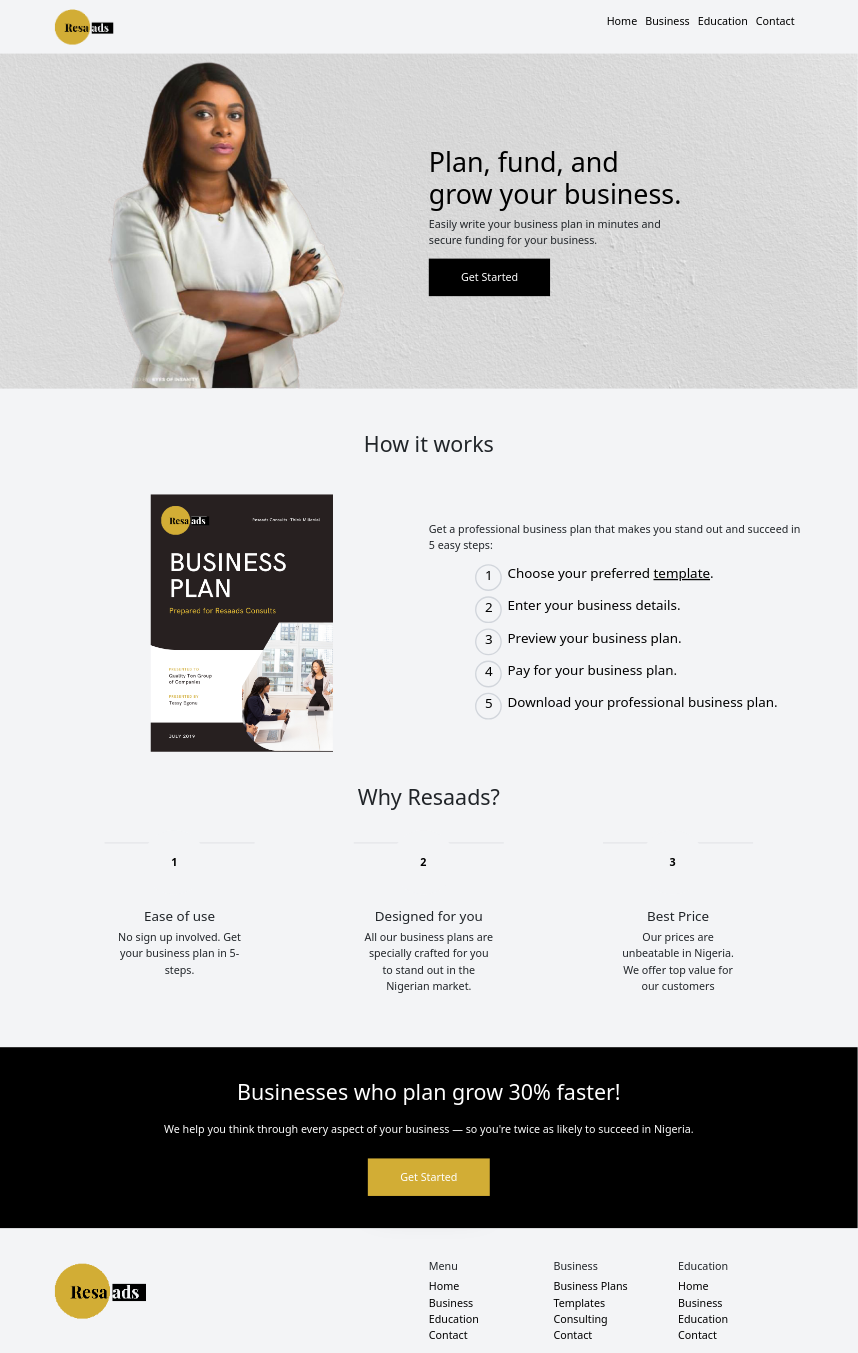
Repository: latenightsnacc/resaads-consults
Page: index.html
The author's editor kept a copy of each file at every save. The page is drawn from the files as they stood at one save, then again after the next save.
The browser window is 1280 px wide. The pictures show the whole page, at 67% of full size.
Some web libraries are served in a nearby version.

Above is the page before, as saved 2021-08-05 13:52:08.

### index.html
<!DOCTYPE html>
<html lang="en">
<head>
    <meta charset="UTF-8">
    <meta http-equiv="X-UA-Compatible" content="IE=edge">
    <meta name="viewport" content="width=device-width, initial-scale=1.0">
    <!--Tailwind Css-->
    <link href="https://unpkg.com/tailwindcss@^2/dist/tailwind.min.css" rel="stylesheet">
    <!--Bootstrap CSS-->
    <link href="https://cdn.jsdelivr.net/npm/bootstrap@5.0.0-beta3/dist/css/bootstrap.min.css" rel="stylesheet" integrity="sha384-eOJMYsd53ii+scO/bJGFsiCZc+5NDVN2yr8+0RDqr0Ql0h+rP48ckxlpbzKgwra6" crossorigin="anonymous">
    <!--Font Awesome 5 CDN-->
    <link href="https://cdnjs.cloudflare.com/ajax/libs/font-awesome/5.13.0/css/all.min.css" rel="stylesheet">
    <!--Material Icons-->
    <link href="https://fonts.googleapis.com/css?family=Material+Icons|Material+Icons+Outlined|Material+Icons+Two+Tone|Material+Icons+Round|Material+Icons+Sharp" rel="stylesheet">
    <!--Google Font-->
    <link rel="preconnect" href="https://fonts.gstatic.com">
    <link href="https://fonts.googleapis.com/css2?family=Archivo:wght@400;700&display=swap" rel="stylesheet">
    <!--Page Title-->
    <title>Resaads Consults</title>

    <style>
        .primary-bg {
            background-color: #d2ad35 ;
        }
        a.primary:hover {
            color: #d2ad35;
            font-weight: 500;
        }
        .border-yellow-800 {
            border-color: #d2ad35 !important;
        }
        #banner {
            background-image: url('assets/images/pexels-lorenzo-242236.jpg');
            background-size: cover;
        }

    </style>
</head>
<body class="bg-gray-100">
    <header class="container">
        <nav class="flex flex-row h-20 w-full justify-between items-center">
            <a href="index.html" class="w-24">
                <img src="assets/logos/Logo-150px-removebg-preview.png" alt="" class="w-full">
            </a>
            <ul class="flex flex-row">
                <li class="mr-3">
                    <a href="index.html" class="text-black no-underline primary">Home</a>
                </li>
                <li class="mr-3">
                    <a href="" class=" text-black no-underline primary">Business</a>
                </li>
                <li class="mr-3">
                    <a href="" class=" text-black no-underline primary">Education</a>
                </li>
                <li class="mr-3">
                    <a href="" class="text-black no-underline primary">Contact</a>
                </li>
            </ul>
        </nav>
    </header>
    <main>
        <section id="banner">
            <div class="container">
                <div class="flex flex-col md:flex-row">
                    <div class="w-full md:w-1/2">
                        <img src="assets/images/Front-Banner-removebg-preview.png" alt="">
                    </div>
                    <div class="w-full md:w-1/2 flex flex-col justify-center items-center md:items-start">
                        <h1 class="text-black fontbold">
                            Plan, fund, and
                            <br/><span>grow your business.</span>
                        </h1>
                        <p>Easily write your business plan in minutes and <br/>secure funding for your business. </p>
                        <a href="#" class="no-underline hover:no-underline">
                            <button class="bg-black text-white py-3 px-5">Get Started</button>
                        </a>
                    </div>
                </div>
            </div>
        </section>
        <!--Spacer-->
        <div class="my-5"></div>
        <section id="how-it-works">
            <div class="container">
                <h2 class="text-center pt-3 pb-5">How it works</h2>
                <div class="flex flex-col md:flex-row">
                    <div class="w-full md:w-1/2">
                        <div class="flex justify-center h-96">
                            <img class="h-full" src="assets/images/Resaads Business Plan Cover.png" alt="">
                        </div>

                    </div>
                    <div class="w-full md:w-1/2 ">
                        <div class="flex h-full flex-col items-center justify-center">
                            <p class="my-3">Get a professional business plan that makes you stand out and succeed in 5 easy steps:</p>
                            <ol class="text-normal md:text-xl">
                                <li class="mb-2 text-black flex flex-row group">
                                    <span class="d-block w-10 h-10 border-gray-300 border-2 rounded-full text-center pb-3 mr-2 group-hover:border-yellow-800">1</span><span>Choose your preferred <a href="#" class="text-black primary">template</a>.</span>
                                </li>
                                <li class="mb-2 text-black flex flex-row group">
                                    <span class="d-block w-10 h-10 border-gray-300 border-2 rounded-full text-center pb-3 mr-2 group-hover:border-yellow-800">2</span><span>Enter your business details.</span>
                                </li>
                                <li class="mb-2 text-black flex flex-row group">
                                    <span class="d-block w-10 h-10 border-gray-300 border-2 rounded-full text-center pb-3 mr-2 group-hover:border-yellow-800">3</span><span>Preview your business plan.</span>
                                </li>
                                <li class="mb-2 text-black flex flex-row group">
                                    <span class="d-block w-10 h-10 border-gray-300 border-2 rounded-full text-center pb-3 mr-2 group-hover:border-yellow-800">4</span><span>Pay for your business plan.</span>
                                </li>
                                <li class="mb-2 text-black flex flex-row group">
                                    <span class="d-block w-10 h-10 border-gray-300 border-2 rounded-full text-center pb-3 mr-2 group-hover:border-yellow-800">5</span><span>Download your professional business plan.</span>
                                </li>

                            </ol>
                        </div>
                    </div>
                </div>
            </div>
        </section>
        <!--Spacer-->
        <div class="my-5"></div>
        <section id="why-resaads">
            <div class="container">
                <h2 class="text-center mb-5">Why Resaads?</h2>
                <div class="flex flex-row w-full ">
                    <div class="w-1/3 flex flex-col items-center">
                        <div class="relative w-56  hover:shadow-2xl border-t-2 border-t-gray-300 p-3">
                            <div class="absolute left-14 -top-5">
                                <div class="flex flex-row justify-center items-center bg-gray-100 rounded-full w-24 h-24">
                                    <div class="text-black font-black">1</div>
                                </div>
                            </div>
                            <div class="text-center">
                                <h5 class="mt-20">Ease of use</h5>
                                <p>No sign up involved. Get your business plan in 5-steps.</p>
                            </div>
                        </div>
                    </div>
                    <div class="w-1/3 flex flex-col items-center">
                        <div class="relative w-56  hover:shadow-2xl border-t-2 border-t-gray-300 p-3">
                            <div class="absolute left-14 -top-5">
                                <div class="flex flex-row justify-center items-center bg-gray-100 rounded-full w-24 h-24">
                                    <div class="text-black font-black">2</div>
                                </div>
                            </div>
                            <div class="text-center">
                                <h5 class="mt-20">Designed for you</h5>
                                <p>All our business plans are specially crafted for you to stand out in the Nigerian market.</p>
                            </div>
                        </div>
                    </div>
                    <div class="w-1/3 flex flex-col items-center">
                        <div class="relative w-56  hover:shadow-2xl border-t-2 border-t-gray-300 p-3">
                            <div class="absolute left-14 -top-5">
                                <div class="flex flex-row justify-center items-center bg-gray-100 rounded-full w-24 h-24">
                                    <div class="text-black font-black">3</div>
                                </div>
                            </div>
                            <div class="text-center">
                                <h5 class="mt-20">Best Price</h5>
                                <p>Our prices are unbeatable in Nigeria. We offer top value for our customers</p>
                            </div>
                        </div>
                    </div>
                </div>
            </div>
        </section>
        <!--Spacer-->
        <div class="my-5"></div>
        <section class="bg-black text-white py-5">
            <div class="container">
                <h2 class="text-center">Businesses who plan grow 30% faster!</h2>
                <div class="flex flex-col items-center">
                    <p class="text-center py-3">We help you think through every aspect of your business — so you're twice as likely to succeed in Nigeria.</p>
                    <a href="#" class="">
                        <button class="primary-bg text-white py-3 px-5 shadow-2xl">Get Started</button>
                    </a>
                </div>
            </div>
        </section>
    </main>
    <!--Spacer-->
    <div class="my-5"></div>
    <footer>
        <div class="container">
            <div class="flex flex-row items-start">
                <div class="w-1/2">
                    <a href="index.html" class="w-24">
                        <img src="assets/logos/Logo-150px-removebg-preview.png" alt="" class="" data-title="Photo by Kampus Production from Pexels">
                    </a>
                </div>
                <div class="w-1/2">
                    <div class="flex flex-row">
                        <div class="w-1/3">
                            <h6>Menu</h6>
                            <ul class="flex flex-col justify-start pl-0">
                                <li>
                                    <a href="index.html" class="text-black no-underline primary">Home</a>
                                </li>
                                <li>
                                    <a href="index.html" class="text-black no-underline primary">Business</a>
                                </li>
                                <li>
                                    <a href="index.html" class="text-black no-underline primary">Education</a>
                                </li>
                                <li>
                                    <a href="index.html" class="text-black no-underline primary">Contact</a>
                                </li>
                            </ul>
                        </div>
                        <div class="w-1/3">
                            <h6>Business</h6>
                            <ul class="flex flex-col justify-start pl-0">
                                <li>
                                    <a href="index.html" class="text-black no-underline primary">Business Plans</a>
                                </li>
                                <li>
                                    <a href="index.html" class="text-black no-underline primary">Templates</a>
                                </li>
                                <li>
                                    <a href="index.html" class="text-black no-underline primary">Consulting</a>
                                </li>
                                <li>
                                    <a href="index.html" class="text-black no-underline primary">Contact</a>
                                </li>
                            </ul>
                        </div>
                        <div class="w-1/3">
                            <h6>Education</h6>
                            <ul class="flex flex-col justify-start pl-0">
                                <li>
                                    <a href="index.html" class="text-black no-underline primary">Home</a>
                                </li>
                                <li>
                                    <a href="index.html" class="text-black no-underline primary">Business</a>
                                </li>
                                <li>
                                    <a href="index.html" class="text-black no-underline primary">Education</a>
                                </li>
                                <li>
                                    <a href="index.html" class="text-black no-underline primary">Contact</a>
                                </li>
                            </ul>
                        </div>
                    </div>
                </div>
            </div>
        </div>
    </footer>
</body>
</html>

After the next save:
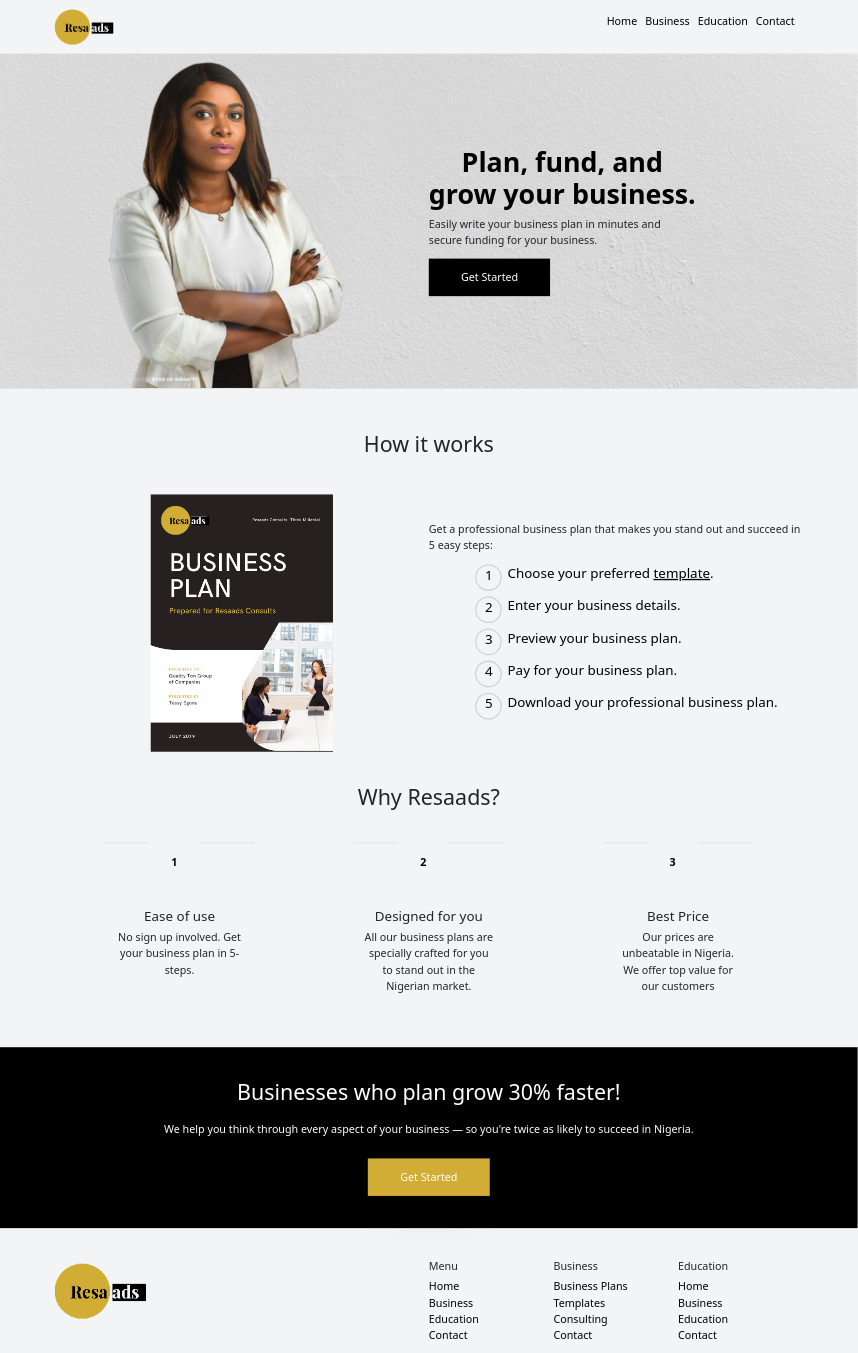
Saved 15 s later.
--- a/index.html
+++ b/index.html
@@ -66,7 +66,7 @@
                         <img src="assets/images/Front-Banner-removebg-preview.png" alt="">
                     </div>
                     <div class="w-full md:w-1/2 flex flex-col justify-center items-center md:items-start">
-                        <h1 class="text-black fontbold">
+                        <h1 class="text-black font-black text-center">
                             Plan, fund, and
                             <br/><span>grow your business.</span>
                         </h1>
